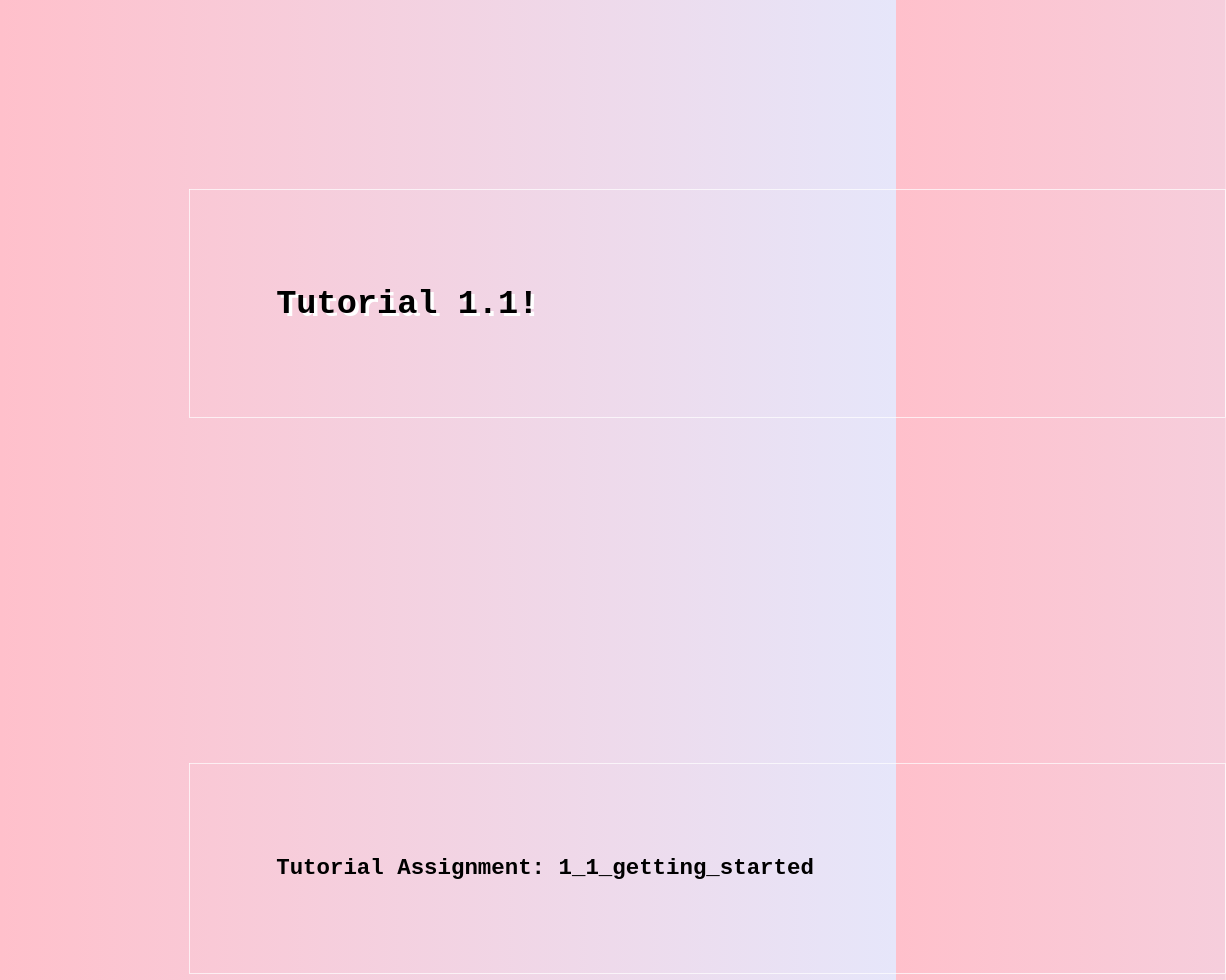
Repository: lisjak/Interactive-Data-Vis-Fall2022
Page: 1_1_getting_started/index.html
The author's editor kept a copy of each file at every save. The page is drawn from the files as they stood at one save, then again after the next save.
The browser window is 1280 px wide. The page is 1751 px wide, then 1280 px, so the pictures cover 1751 px, including what lies to the right of the window. The pictures show the part of the page from y = 0 to 1400 px (the page is 2456 px tall before and 2513 px after), at 70% of full size.
Some web fonts or font styles are not loaded; a fallback is used.

Above is the page before, as saved 2022-09-04 21:53:40.

After the next save:
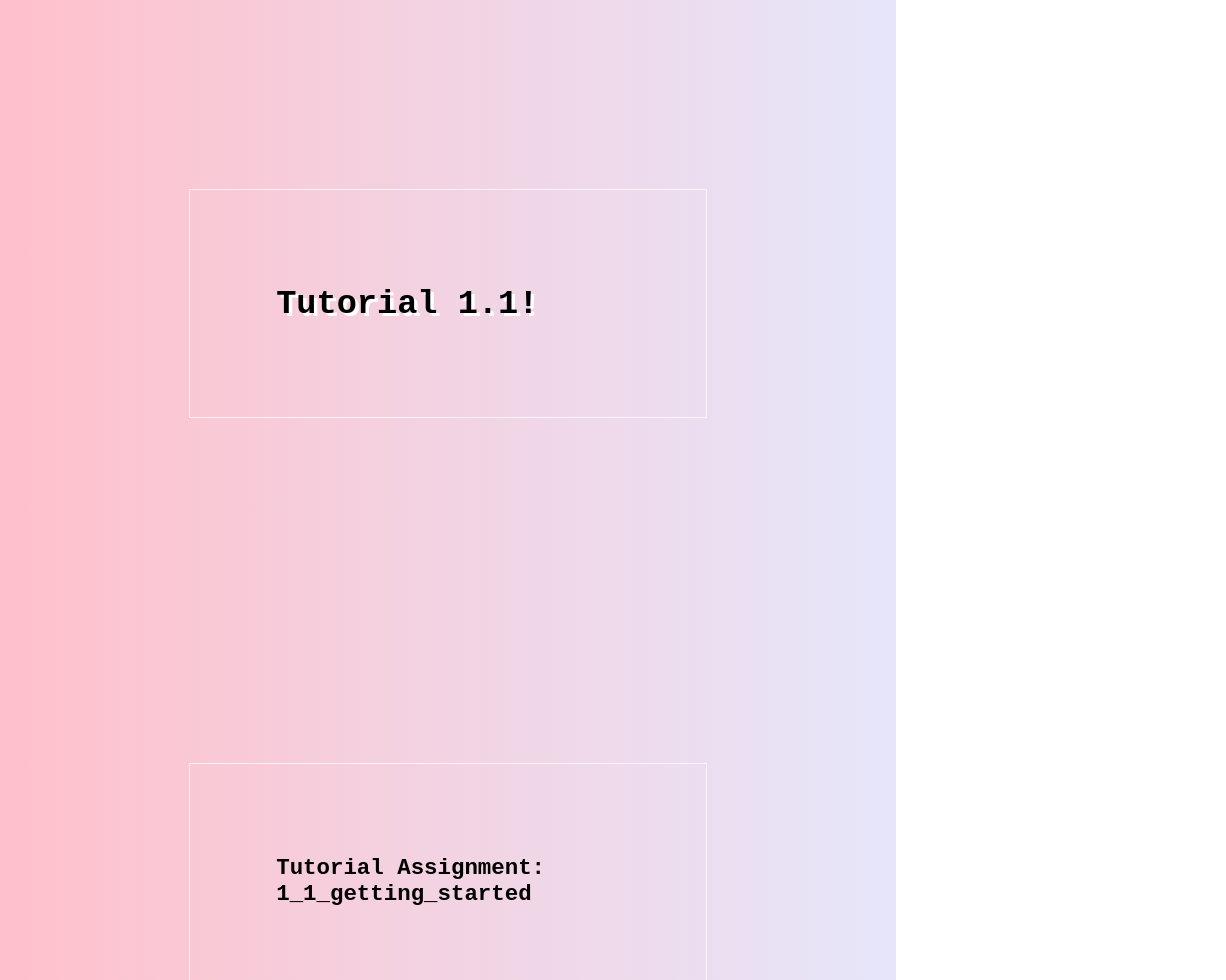
Saved 9 s later.
--- a/1_1_getting_started/style.css
+++ b/1_1_getting_started/style.css
@@ -8,7 +8,7 @@ body {
 }
 
 div {
-    min-width: 100%;
+    /* min-width: 100%; */
     align-items: center;
     justify-content: center;
     border: 1px solid white;
